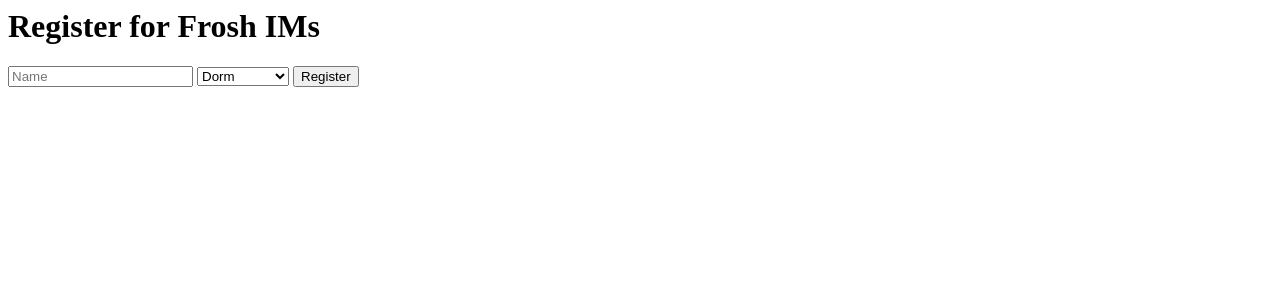
Repository: Zathrox/CS50
Page: http://localhost/
The author's editor kept a record of every edit. The page is drawn from the files as they stood at one moment, then again after a run of edits.
The browser window is 1280 px wide. The pictures show the whole page.
The page is served by the project's application, run on Flask 3 (pset7/personal/froshims0/application.py).

Above is the page before.

After the next 2 edits:
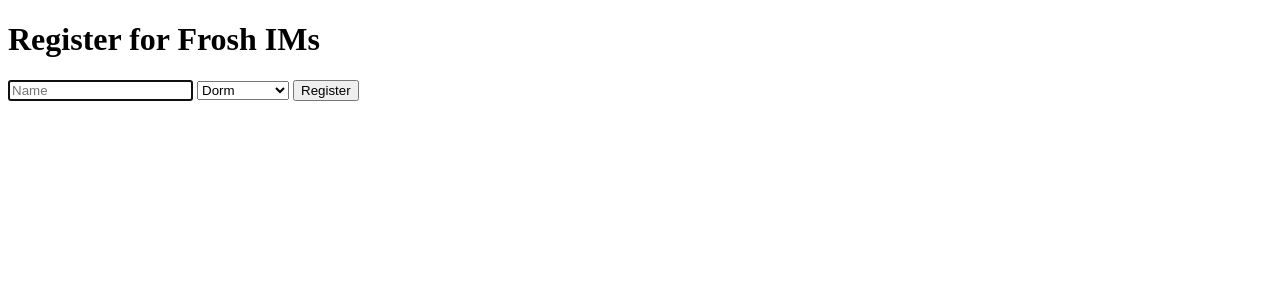
The 2 edits are shown as one change because 1 did not build or start.
The edit:
--- a/pset7/personal/froshims0/templates/index.html
+++ b/pset7/personal/froshims0/templates/index.html
@@ -1,11 +1,14 @@
+{% extends "layout.html" %}
 
-        <h1>Register for Frosh IMs</h1>
-        <form action="/register" method="post">
-            <input name="name" placeholder="Name" type="text">
-            <select name="dorm">
-                <option disabled selected value="">Dorm</option>
-                <option value="Apley Court">Apley Court</option>
-                <option value="Canaday">Canaday</option>
-            </select>
-            <input type="submit" value="Register">
-        </form>
+{% block body %}
+    <h1>Register for Frosh IMs</h1>
+    <form action="/register" method="post">
+        <input autocomplete="off" autofocus name="name" placeholder="Name" type="text">
+        <select name="dorm">
+            <option disabled selected value="">Dorm</option>
+            <option value="Apley Court">Apley Court</option>
+            <option value="Canaday">Canaday</option>
+        </select>
+        <input type="submit" value="Register">
+    </form>
+{% endblock %}
